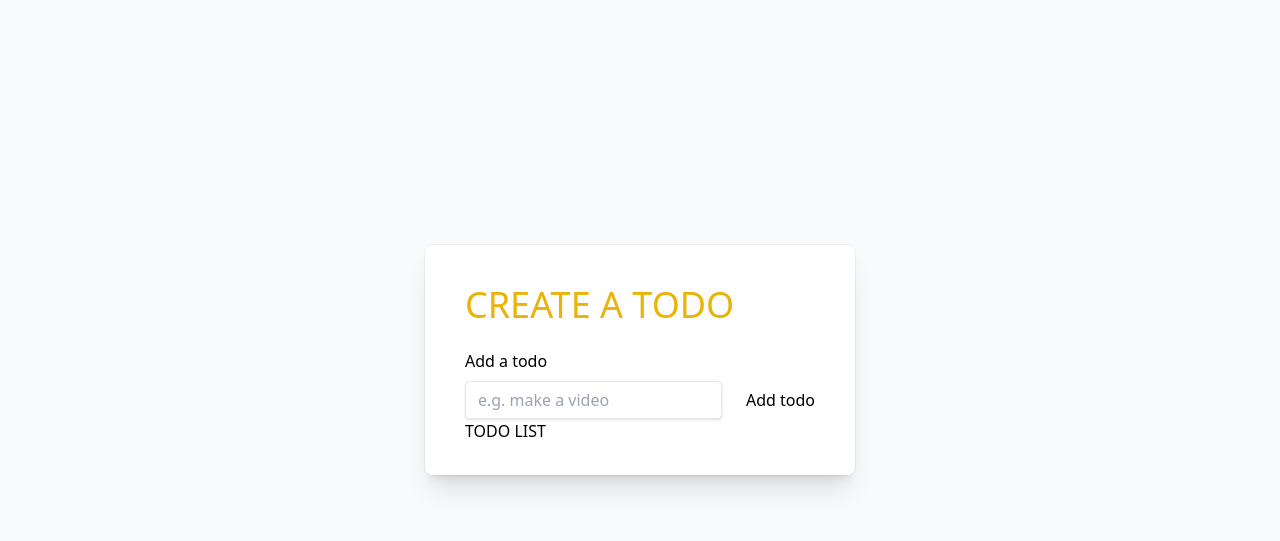
Repository: Kajo-lab/vue-todo
Page: /
These files come from the project's save history. The page is drawn as it stood at one moment and after a run of saves; the edit follows.
The browser window is 1280 px wide. The pictures show the whole page.
The project was rebuilt for these pictures with package versions that can differ from the ones it lists, and the page was loaded fresh each time. Also part of the build but not shown: vite.config.js, webpack.config.js.

Above is the page before, as saved 2022-07-07 16:37:31.

After the next 3 saves:
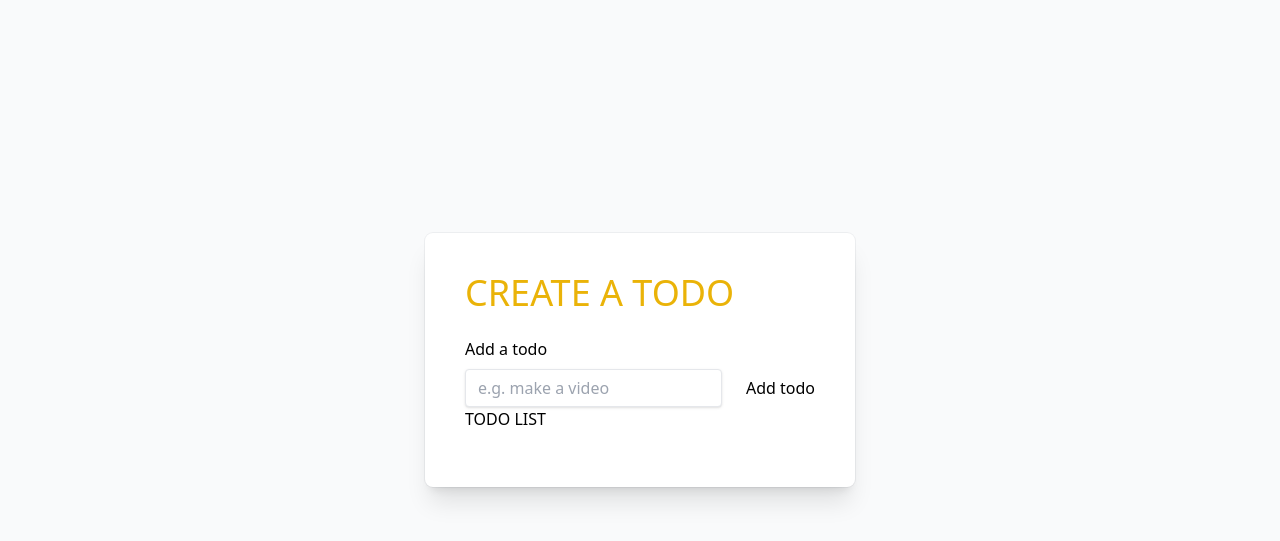
The 3 saves are shown as one change because they came seconds apart.
The last was saved 29 s later.
--- a/src/App.vue
+++ b/src/App.vue
@@ -63,9 +63,8 @@
 				</form>
 		</section>
 
-		<section class="todo-list">
+		<section class="mb-6">
 				<h3>TODO LIST</h3>
-
 				<div class="list" id="todo-list">
 					<div v-for="todo in todos_asc" :key="`todo-item ${todo.done && 'done'}`">
 

After the save that followed:
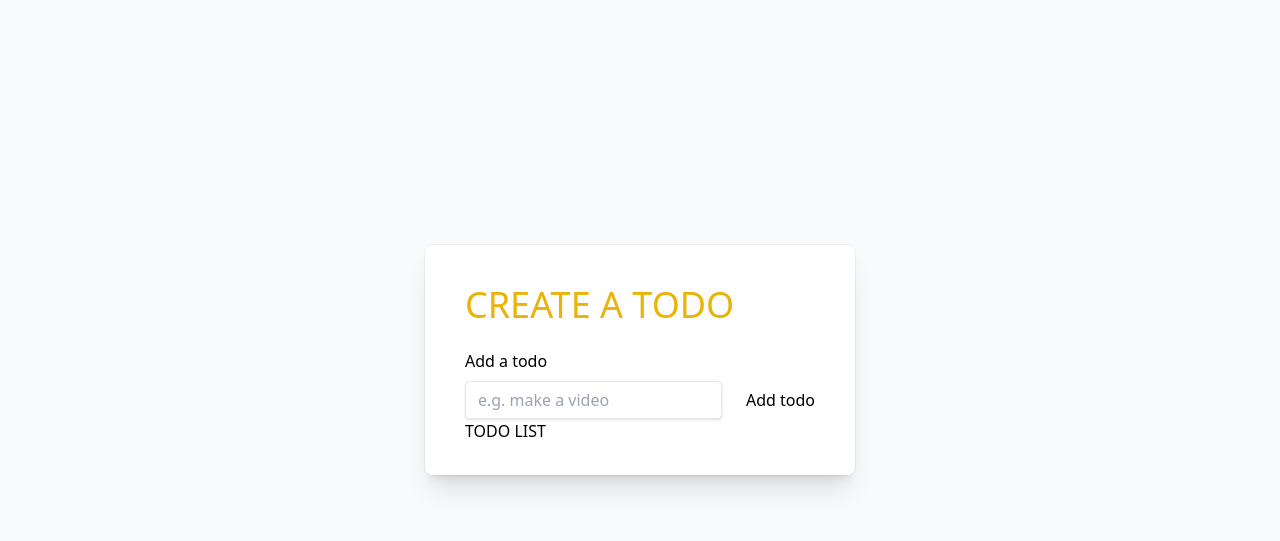
Saved 6 s later.
--- a/src/App.vue
+++ b/src/App.vue
@@ -63,7 +63,7 @@
 				</form>
 		</section>
 
-		<section class="mb-6">
+		<section class="">
 				<h3>TODO LIST</h3>
 				<div class="list" id="todo-list">
 					<div v-for="todo in todos_asc" :key="`todo-item ${todo.done && 'done'}`">
